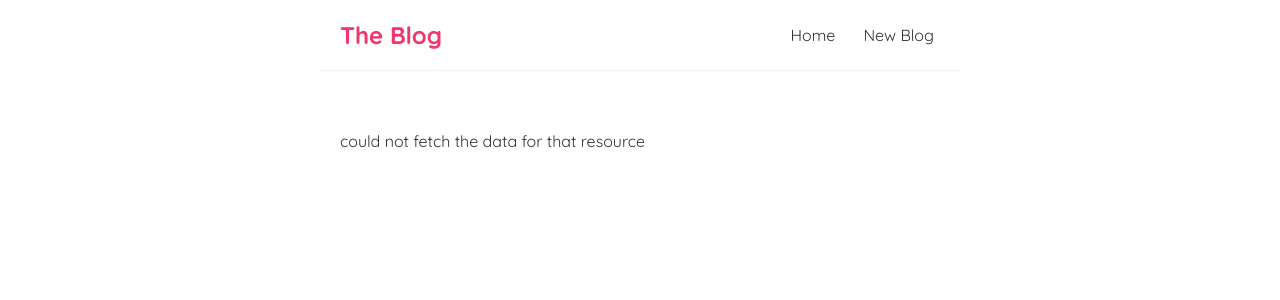
Repository: castilla-aurela/react-blog
Page: /blogs/1
The author's editor kept a copy of each file at every save. The page is drawn from the files as they stood at one save, then again after the next save.
The browser window is 1280 px wide. The pictures show the whole page.
The page's requests for data from a server got no answer. The project was rebuilt for these pictures with package versions that can differ from the ones it lists, and the page was loaded fresh each time. No one was signed in, and anything a server would have sent is missing. Requests to the local data server were answered from the project's data file. Also part of the build but not shown: src/BlogList.js, src/Home.js, src/Create.js.

Above is the page before, as saved 2022-02-28 20:30:48.

After the next save:
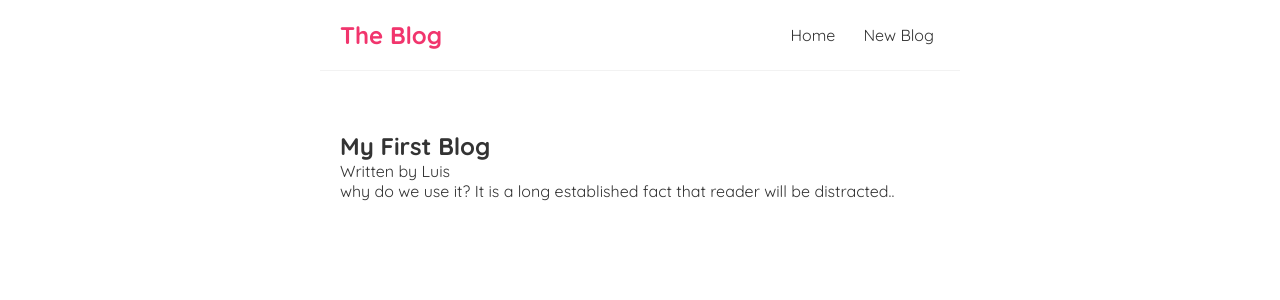
Saved 110 s later.
--- a/src/BlogDetails.js
+++ b/src/BlogDetails.js
@@ -4,7 +4,7 @@ import useFetch from "./useFetch";
 const BlogDetails = () => {
 
     const { id } = useParams()
-    const { data: blog, isLoading, error } = useFetch('http://localhost:8000/blogs' + id)
+    const { data: blog, isLoading, error } = useFetch('http://localhost:8000/blogs/' + id)
 
     return (
         <div className="blog-details">
